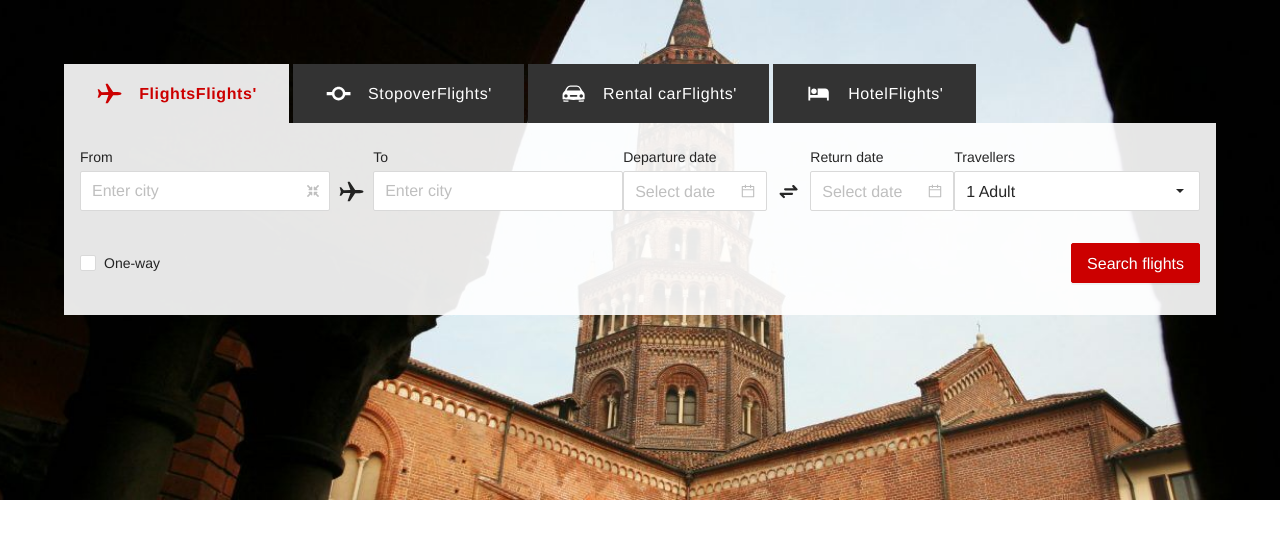
Repository: guidogr95/Everymundo-Excercise
Page: /
These files come from the project's save history. The page is drawn as it stood at one moment and after the next save; the edit follows.
The browser window is 1280 px wide. The pictures show the whole page.
The project was rebuilt for these pictures with package versions that can differ from the ones it lists, and the page was loaded fresh each time. Also part of the build but not shown: src/components/CustomSpin/customspin.scss, src/components/BookingMask/FlightsTab/AirportInputs/AirportInput/airportinput.scss, src/components/BookingMask/FlightsTab/PassengersInput/PassengersInputModal/PassengersControl/passengerscontrol.scss, src/components/BookingMask/FlightsTab/PassengersInput/PassengersInputModal/PassengersControl/index.jsx, src/components/BookingMask/ErrorsNotice/errorsnotice.scss, src/components/BookingMask/ErrorsNotice/index.jsx.

Above is the page before, as saved 2021-07-02 11:20:12.

### src/index.jsx
import React from 'react';
import ReactDOM from 'react-dom';
import App from './App';
import reportWebVitals from './reportWebVitals';
// redux
import { createStore, combineReducers } from 'redux'
import { Provider } from 'react-redux'
import { flightReducer } from 'src/redux/reducers/flightReducer'
import { errorsReducer } from 'src/redux/reducers/errorsReducer'

const reducers = combineReducers({
  flight: flightReducer,
  errors: errorsReducer
})
const store = createStore(reducers)

ReactDOM.render(
  <Provider store={store}>
    <App />
  </Provider>,
  document.getElementById('root')
);

// If you want to start measuring performance in your app, pass a function
// to log results (for example: reportWebVitals(console.log))
// or send to an analytics endpoint. Learn more: https://bit.ly/CRA-vitals
reportWebVitals();

### src/App.jsx
// assets
import { IoIosAirplane, IoMdGitCommit, IoIosCar, IoMdBed } from 'react-icons/io'
// components
import EmptyTab from 'src/components/BookingMask/EmptyTab'
import FlightsTab from 'src/components/BookingMask/FlightsTab'
import BookingMask from 'src/components/BookingMask'

import 'antd/dist/antd.css';
import './app.scss';

const tabs = [
  {
    name: 'Flights',
    icon: <IoIosAirplane />,
    component: <FlightsTab />
  },
  {
    name: 'Stopover',
    icon: <IoMdGitCommit />,
    component: <EmptyTab />
  },
  {
    name: 'Rental car',
    icon: <IoIosCar />,
    component: <EmptyTab />
  },
  {
    name: 'Hotel',
    icon: <IoMdBed />,
    component: <EmptyTab />
  }
]

function App() {
  return (
    <div className="App">
      <div className="flightmanager-container container" >
        <BookingMask tabs={tabs} />
      </div>
    </div>
  );
}

export default App;

### src/redux/reducers/flightReducer.js
// utils
import isEmpty from 'lodash/isEmpty'
// initial state
import { flightInitialState as initialState } from './states'

export const flightReducer = (state = initialState, action) => {
  switch(action.type){
    case '@geo/update-origin':
      return {
          ...state,
          geo: {
          ...state.geo,
          origin: action.payload
        }
      }
    case '@geo/update-destination':
      return {
          ...state,
          geo: {
          ...state.geo,
          destination: action.payload
        }
      }
    case '@date/update-departure':
      return {
          ...state,
          date: {
          ...state.date,
          departure: action.payload
        }
      }
    case '@date/update-to-return':
      return {
          ...state,
          date: {
          ...state.date,
          toReturn: action.payload
        }
      }
    case '@passengers/update-adults--add':
      return {
          ...state,
          passengers: {
          ...state.passengers,
          adults: {
            ...state.passengers.adults,
            value: returnPlusOne(state.passengers.adults.value)
          }
        }
      }
    case '@passengers/update-adults--subtract':
      return {
          ...state,
          passengers: {
          ...state.passengers,
          adults: {
            ...state.passengers.adults,
            value: returnMinusOne(state.passengers.adults.value, state.passengers.adults.min)
          }
        }
      }
    case '@passengers/update-children--add':
      return {
        ...state,
        passengers: {
          ...state.passengers,
          children: {
            ...state.passengers.children,
            value: returnPlusOne(state.passengers.children.value)
          }
        }
      }
    case '@passengers/update-children--subtract':
      return {
          ...state,
          passengers: {
          ...state.passengers,
          children: {
            ...state.passengers.children,
            value: returnMinusOne(state.passengers.children.value, state.passengers.children.min)
          }
        }
      }
    case '@passengers/update-infants--add':
      return {
        ...state,
        passengers: {
          ...state.passengers,
          infants: {
            ...state.passengers.infants,
            value: returnPlusOne(state.passengers.infants.value)
          }
        }
      }
    case '@passengers/update-infants--subtract':
      return {
          ...state,
          passengers: {
          ...state.passengers,
          infants: {
            ...state.passengers.infants,
            value: returnMinusOne(state.passengers.infants.value, state.passengers.infants.min)
          }
        }
      }
    case '@type/update-is-one-way':
      return {
          ...state,
          isOneWay: !state.isOneWay
      }
    default:
      return state;
  }
}

// helpers
const returnPlusOne = (val) => val + 1
const returnMinusOne = (val, min) => {
  const innerMin = min || 0
  if (val - 1 < innerMin) {
    return innerMin
  } else {
    return val - 1
  }
}

// action creators
// @geo
export const geoUpdateOrigin = (payload) => {
  return {
    type: '@geo/update-origin',
    payload
  }
}
export const geoUpdateDestination = (payload) => {
  return {
    type: '@geo/update-destination',
    payload
  }
}
// @date
export const dateUpdateDeparture = (payload) => {
  return {
    type: '@date/update-departure',
    payload
  }
}
export const dateUpdateToReturn = (payload) => {
  return {
    type: '@date/update-to-return',
    payload
  }
}
// @passengers
export const passUpdateAdd = (passengerType) => {
  return {
    type: `@passengers/update-${passengerType}--add`
  }
}
export const passUpdateSubtract = (passengerType) => {
  return {
    type: `@passengers/update-${passengerType}--subtract`
  }
}
// @type
export const typeUpdateIsOneWay = () => {
  return {
    type: '@type/update-is-one-way'
  }
}
// Link creator
export const createLink = (state) => {
  const getUrl = ({ origin, destination, departure, isOneWay, adults, children, infants }) => `https://www.swiss.com/us/en/Book/Outbound/${origin}-${destination}/from-${departure}${!isOneWay ? `/to-${toReturn}` : ''}/adults-${adults}/children-${children}/infants-${infants}/class-economy/al-LX/sidmbvl`

  const errors = []
  const { geo, date, passengers, isOneWay } = state
  let { departure, toReturn } = date
  let { origin, destination } = geo
  let { adults, children, infants } = passengers

  if (isEmpty(origin)) {
    errors.push('Origin')
  }
  if (isEmpty(destination)) {
    errors.push('Destination')
  }
  if (isEmpty(departure)) {
    errors.push('Departure date')
  }
  if (isEmpty(toReturn) && !isOneWay) {
    errors.push('Return date')
  }
  if (!isEmpty(errors)) {
    return errors
  } else {
    origin = origin.split('-')[1].trim()
    destination = destination.split('-')[1].trim()
    adults = adults.value
    children = children.value
    infants = infants.value
    window.open(getUrl({
      origin,
      destination,
      departure,
      toReturn,
      isOneWay,
      adults,
      children,
      infants
    }),'_blank')
  }
}

### src/redux/reducers/errorsReducer.js
import { errorsInitialState as initialState } from './states'

export const errorsReducer = (state = initialState, action) => {
  switch(action.type){
    case '@errors/update-add':
      return {
          ...state,
          errors: action.payload
      }
    case '@errors/update-remove':
      return initialState
    default:
      return state
    }
}

// action creators
// @errors
export const sendErrors = (payload) => {
  return {
    type: '@errors/update-add',
    payload
  }
}
export const removeErrors = () => {
  return {
    type: '@errors/update-remove'
  }
}

### src/components/BookingMask/EmptyTab/index.jsx
const EmptyTab = () => {
  return (
    <div>
      some more stuff
    </div>
  )
}

export default EmptyTab

### src/components/BookingMask/FlightsTab/index.jsx

// components
import AirportInputs from './AirportInputs'
import DateInputs from './DateInputs'
import PassengersInput from './PassengersInput'
import FlightType from './FlightType'
import SubmitFlight from './SubmitFlight'
import ErrorsNotice from 'src/components/BookingMask/ErrorsNotice'
// redux
import { useStore, useDispatch, useSelector } from 'react-redux'
import { createLink } from 'src/redux/reducers/flightReducer'
import { sendErrors, removeErrors } from 'src/redux/reducers/errorsReducer'

import './flightstab.scss'

export default function FlightsTab () {
  const store = useStore()
  const dispatch = useDispatch()
  const errors = useSelector(state => state.errors.errors)
  const handleSubmit = (e) => {
    e && e.preventDefault()
    const { flight } = store.getState()
    const res = createLink(flight)
    if (res?.length > 0) {
      dispatch(sendErrors(res))
    } else {
      dispatch(removeErrors())
    }
  }
  return (
    <form className="bookingmask__flight" onSubmit={handleSubmit} >
      {errors.length > 0 && <ErrorsNotice errors={errors} />}
      <div className="bookingmask__flight--controls" >
        <AirportInputs/>
        <DateInputs/>
        <PassengersInput
          label="Travellers"
          id={"passInput"}
        />
      </div>
      <div className="bookingmask__flight--footer" >
        <FlightType />
        <SubmitFlight />
      </div>
    </form>
  )
}

### src/components/BookingMask/index.jsx
import { useState } from 'react'
// components
import TabButton from './TabButton'

import './bookingmask.scss'

const BookingMask = ({ tabs }) => {

  const [activeTab, setActiveTab] = useState(tabs[0].name)
  const handleTab = name => setActiveTab(name)

  return (
    <section className="bookingmask" >
      <ul className="bookingmask__nav" >
        {tabs.map(tab =>
          <TabButton
            name={tab.name}
            onClick={handleTab}
            key={tab.name}
            activeTab={activeTab}
            icon={tab.icon}
          />
        )}
      </ul>
      <div className="bookingmask__tabs-wrapper" >
          {tabs.map(tab =>
            <div
              key={tab.name}
              className={`bookingmask__tab${activeTab === tab.name ? ' active' : ''}`}
            >
              {tab.component}
            </div>
          )}
      </div>
    </section>
  )
}

export default BookingMask

### src/app.scss
@import 'styles/global';

.App {
  .container {
    width: $desktop-maxwidth;
    max-width: 100%;
  }
  .flightmanager-container {
    background: url('./assets/images/bg.jpg');
    background-size: cover;
    background-position: center;
    min-height: 500px;
    margin: auto;
    padding: 4rem;
  }
}

### src/redux/reducers/states.js
export const flightInitialState = {
  isOneWay: false,
  geo: {
    origin: '',
    desination: ''
  },
  date: {
    departure: '',
    toReturn: '',
  },
  passengers: {
    adults: {
      value: 1,
      singular: 'Adult',
      plural: 'Adults',
      min: 1
    },
    children: {
      value: 0,
      singular: 'Child',
      plural: 'Children',
      legend: '(2 to 11 years)'
    },
    infants: {
      value: 0,
      singular: 'Infant',
      plural: 'Infants',
      legend: '(Up to 2 years)'
    }
  }
}

export const errorsInitialState = {
  errors: []
}

### src/components/BookingMask/FlightsTab/AirportInputs/index.jsx
// assets
import { IoIosAirplane } from 'react-icons/io'
import { FaCompressArrowsAlt } from 'react-icons/fa'
// components
import AirportInput from './AirportInput'
// redux
import { useDispatch, useSelector } from 'react-redux'
import { geoUpdateOrigin, geoUpdateDestination } from 'src/redux/reducers/flightReducer'

export default function AirportInputs () {
  const state = useSelector(state => state.flight.geo)
  const dispatch = useDispatch()
  const { origin, destination } = state

  return (
    <div className="bookingmask__flight--geo inputs-wrapper" >
      <AirportInput
        label="From"
        value={origin}
        setValue={(v) => dispatch(geoUpdateOrigin(v))}
        placeholder="Enter city"
        id="fromInput"
        showArrow={true}
        suffixIcon={<FaCompressArrowsAlt/>}
        />
      <span className="separator" >
        <IoIosAirplane/>
      </span>
      <AirportInput
        label="To"
        value={destination}
        setValue={(v) => dispatch(geoUpdateDestination(v))}
        placeholder="Enter city"
        id="toInput"
        showArrow={false}
      />
    </div>
  )
}

### src/components/BookingMask/FlightsTab/DateInputs/index.jsx
// assets
import { CgArrowsExchange } from 'react-icons/cg'
// components
import DateInput from './DateInput'
// redux
import { useDispatch, useSelector } from 'react-redux'
import { dateUpdateDeparture, dateUpdateToReturn } from 'src/redux/reducers/flightReducer'

export default function DateInputs () {
  const dispatch = useDispatch()
  const state = useSelector(state => state.flight.isOneWay)
  return (
    <div className="bookingmask__flight--date inputs-wrapper" >
      <DateInput
        label="Departure date"
        id="depInput"
        setValue={(v) => dispatch(dateUpdateDeparture(v))}
      />
      <span className={`separator${state ? ' hidden' : ''}`} >
        <CgArrowsExchange/>
      </span>
      <DateInput
        label="Return date"
        className={`${state ? 'hidden' : ''}`}
        id="returnInput"
        setValue={(v) => dispatch(dateUpdateToReturn(v))}
      />
    </div>
  )
}

### src/components/BookingMask/FlightsTab/PassengersInput/index.jsx
import { useState } from 'react'
// utils
import { Input } from 'antd'
// assets
import { IoMdArrowDropdown } from 'react-icons/io'
// components
import PassengersInputModal from './PassengersInputModal'
// redux
import { useSelector } from 'react-redux'

import './passengersinput.scss'

export default function PassengersInput ({ label, id }) {
  const state = useSelector(state => state.flight.passengers)
  const [showModal, setShowModal] = useState(false)
  const inputText = Object.values(state).map(entry => entry.value <= 0 ? '' : `${entry.value} ${entry.value > 1 ? entry.plural : entry.singular}` ).filter(entry => entry !== '').join(', ')

  return (
    <div className="bookingmask__flight--pass inputs-wrapper input-wrapper" >
      { label && <label htmlFor={id} >{label}</label>}
      <Input
        suffix={
          <IoMdArrowDropdown
            onClick={() => setShowModal(!showModal)}
            style={{ cursor: 'pointer' }}
          />
        }
        id={id}
        size="large"
        onClick={() => setShowModal(!showModal)}
        value={inputText}
      />
      <PassengersInputModal
        title="Travel details"
        isVisible={showModal}
        setIsVisible={setShowModal}
      />
    </div>
  )
}

### src/components/BookingMask/FlightsTab/FlightType/index.jsx
// utils
import { Checkbox } from 'antd';
// redux
import { useSelector, useDispatch } from 'react-redux'
import { typeUpdateIsOneWay } from 'src/redux/reducers/flightReducer'

export default function FlightType () {
  const state = useSelector(state => state.flight.isOneWay)
  const dispatch = useDispatch()

  return (
    <span>
      <Checkbox
        checked={state}
        onChange={e => dispatch(typeUpdateIsOneWay(e.target.checked))}
        size="large"
      >
        One-way
      </Checkbox>
    </span>
  )
}

### src/components/BookingMask/FlightsTab/SubmitFlight/index.jsx

// utils
import { Button } from 'antd';

export default function SubmitFlight () {
  return (
    <Button
      size="large"
      type="primary"
      htmlType="submit"
    >
      Search flights
    </Button>
  )
}

### src/components/BookingMask/FlightsTab/flightstab.scss
@import '/src/styles/variables';
.bookingmask__flight {
  display: flex;
  flex-direction: column;
  &--controls {
    display: grid;
    grid-template-columns: repeat(3, auto);
  }
  &--footer {
    margin-top: 2rem;
    display: flex;
    justify-content: space-between;
    align-items: center;
  }
  .separator {
    display: flex;
    align-items: center;
    font-size: $font-size-large;
    padding: 0 .5rem;
    height: 100%;
  }
  .inputs-wrapper {
    display: flex;
    align-items: flex-end;
  }
  .input-wrapper {
    position: relative;
    label {
      position: absolute;
      left: 0;
      bottom: calc(100% + .2rem);
    }
  }
}

### src/components/BookingMask/TabButton/index.jsx
import React from 'react'

export default function TabButton ({ name, onClick, activeTab, icon }) {
  return (
    <button
      className={activeTab === name ? 'active' : ''}
      onClick={() => onClick(name)}
      key={name}
    >
      {icon}<span>{name}</span>Flights'
    </button>
  )
}

### src/components/BookingMask/bookingmask.scss
@import '/src/styles/variables';
.bookingmask {
  &__nav {
    list-style: none;
    button {
      &:not(:first-of-type) {
        margin: $margin-tab-link;
      }
      color: $color-white;
      background: $color-gray;
      padding: $padding-tab-link;
      display: inline-flex;
      align-items: center;
      font-size: $font-size-normal;
      font-weight: $font-weight-small;
      letter-spacing: $letter-spacing-small;
      &.active {
        color: $color-red;
        font-weight: $font-weight-medium;
        background-color: $color-active-tab-bg;
      }
      svg {
        margin-right: 1rem;
        font-size: $font-size-large;
      }
    }
  }
  &__tabs-wrapper {
    position: relative;
  }
  &__tab {
    position: absolute;
    top: 0;
    left: 0;
    right: 0;
    padding: $padding-tab-content;
    background-color: $color-active-tab-bg;
    display: none;
    &.active {
      display: block;
    }
  }
}

### src/styles/_global.scss
@import 'variables';
@import 'mixins';

html,
body {
  position: relative;
  padding: 0;
  margin: 0;
  font-family: $font-family;
  -webkit-text-size-adjust: 100%;
  -webkit-font-smoothing: auto;
  -moz-font-smoothing: auto;
  -moz-osx-font-smoothing: auto;
  --antd-wave-shadow-color: #c00;
}
* {
  box-sizing: border-box;
}
ul {
  margin: 0;
  padding: 0;
}
button {
  border: none;
  cursor: pointer;
}
.ant-select {
  min-width: 250px;
}
.ant-select:not(.ant-select-disabled):hover .ant-select-selector,
.ant-select-focused:not(.ant-select-disabled).ant-select:not(.ant-select-customize-input) .ant-select-selector,
.ant-picker-focused,
.ant-picker-cell-in-view.ant-picker-cell-today .ant-picker-cell-inner::before,
.ant-picker:hover, .ant-picker-focused,
.ant-input-affix-wrapper:not(.ant-input-affix-wrapper-disabled):hover {
  border-color: $color-red !important;
}
.ant-picker-today-btn {
  color: $color-red !important;
}
body::-moz-selection,
body::selection {
  color: $color-red !important;
  background: $color-red !important;
}
.ant-btn-primary,
.ant-checkbox-checked .ant-checkbox-inner {
  background: $color-red !important;
  border-color: $color-red !important;
}
.hidden {
  visibility: hidden;
  opacity: 0;
}

### src/styles/_variables.scss
// measurements
$desktop-maxwidth: 90rem;
// colors
$color-red: #c00;
$color-gray: #333333;
$color-white: #fff;
$color-pink: #f8d6d6;
$color-light-gray: #ccc;
// fonts
// font-family
$font-family: SwissText,Helvetica,Arial,sans-serif,LufthansaMamSymbolText;
// font-weight
$font-weight-medium: 700;
$font-weight-small: 300;
// font-size
$font-size-small: 0.75rem;
$font-size-normal: 1rem;
$font-size-large: 1.7rem;
// line height
$line-height-medium: 2.2rem;
// letter spacing
$letter-spacing-small: .6px;

// tab variables
// colors
$color-active-tab-bg: hsla(0,0%,100%,.9);
// padding
$padding-tab-link: 1rem 2rem;
$padding-tab-content: 3rem 1rem 2rem 1rem;
// margin
$margin-tab-link: 0 0 0 .25rem;

### src/styles/_mixins.scss
// MIXINS
@mixin breakpoint($point) {
  @media (max-width: $point) {
    @content;
  }
}

### src/components/BookingMask/FlightsTab/AirportInputs/AirportInput/index.jsx
import { useCallback, useState, useMemo } from 'react'
// utils
import throttle from 'lodash/throttle'
import { Select } from 'antd'
// api
import { fetchAirports } from 'src/api/fetchers'
// components
import CustomSpin from 'src/components/CustomSpin'

import './airportinput.scss'

const { Option } = Select

const AirportInput = ({ placeholder, showArrow, suffixIcon, label, id , value, setValue }) => {

  const [isLoading, setIsLoading] = useState(false)
  const [data, setData] = useState([])

  const throttledFetch = useMemo(
    () =>
      throttle(val => {
        fetchAirports(val)
        .then((res) => setData(res.data || []))
        .catch(() => setData([]))
        .finally(() => {
          setIsLoading(false)
        })
      }, 2000),
    []
  )
  const handleSelect = useCallback(
    val => {
      setIsLoading(true)
      const innerVal = val || ''
      setValue(innerVal)
      // fetching api accepts a min of 3 letters for search
      if (innerVal.length <= 2) {
        setData([])
        setIsLoading(false)
      } else {
        throttledFetch(val)
      }
    },
    [throttledFetch, setValue]
  )

  return (
    <div className="airportinput__wrapper input-wrapper" >
      {label && <label htmlFor={id} >{label}</label>}
      <Select
        showSearch
        allowClear
        id={id}
        placeholder={placeholder || 'Enter city'}
        value={value || undefined}
        onSearch={handleSelect}
        onChange={(val) => setValue(val)}
        onClear={handleSelect}
        size='large'
        showArrow={showArrow}
        suffixIcon={suffixIcon}
        optionLabelProp='value'
        defaultActiveFirstOption={false}
        dropdownClassName="airportinput__dropdown"
        filterOption={false}
        notFoundContent={isLoading ? <CustomSpin size="medium"/> : null}
      >
        {data.length > 0
          ? data.map(airport =>
            <Option key={airport.iata} value={`${airport.city} - ${airport.iata}`} >
              <span>{airport.name}</span>
              <span>{airport.iata}</span>
              <span>{airport.country.name}</span>
            </Option>)
          : null
        }
      </Select>
    </div>
  )
}

export default AirportInput

### src/components/BookingMask/FlightsTab/DateInputs/DateInput/index.jsx
import { DatePicker } from 'antd'
import { useState } from 'react'

const DateInput = ({ id, label, setValue, className }) => {
  const [dateObj, setDateObj] = useState('')
  const onChange = (date, dateString) => {
    setDateObj(date)
    setValue(dateString)
  }
  return (
    <div className="dateinput__wrapper input-wrapper" >
      {label && <label className={className || ""} htmlFor={id} >{label}</label>}
      <DatePicker
        size="large"
        id={id}
        className={className || ""}
        value={dateObj}
        onChange={onChange}
      />
    </div>
  )
}

export default DateInput

### src/components/BookingMask/FlightsTab/PassengersInput/PassengersInputModal/index.jsx
import React from 'react'
// utils
import { Modal, Button } from 'antd'
// assets
import { IoMdClose } from 'react-icons/io'
// components
import  PassengersControl from './PassengersControl'
// redux
import { useStore } from 'react-redux'

const PassengersInputModal = React.memo(({ title, isVisible, setIsVisible }) => {
  const store = useStore()
  const { flight } = store.getState()
  const { passengers } = flight
  return (
    <Modal
      title={title || ''}
      centered
      visible={isVisible}
      closeIcon={<IoMdClose onClick={() => setIsVisible(false)} />}
      onOk={() => setIsVisible(false)}
      footer={[
        <Button
          size="large"
          type="primary"
          key="ok"
          onClick={() => setIsVisible(false)}
        >
          Continue
        </Button>
      ]}
    >
      {Object.entries(passengers).map(entry =>
        <PassengersControl
          key={entry[0]}
          passengerType={entry[0]}
          data={entry[1]}
        />
      )}
    </Modal>
  )
})

export default PassengersInputModal

### src/components/BookingMask/FlightsTab/PassengersInput/passengersinput.scss
.bookingmask__flight--pass {
  input {
    cursor: pointer;
    caret-color: transparent;
  }
}

### src/api/fetchers.js
// utils
import axios from 'axios'

const apiUrl = 'https://airportnames.vercel.app/api'

const fetchAirports = (term) => axios.post(`${apiUrl}/getAirports`, { term })

export {
  fetchAirports
}

### src/components/CustomSpin/index.jsx
import { Spin } from 'antd'
import { LoadingOutlined } from '@ant-design/icons'

import './customspin.scss'

const antIcon = <LoadingOutlined className="customspin" spin />

const CustomSpin = (props) => <Spin indicator={antIcon} {...props} />

export default CustomSpin

Loaded but not shown: public/index.html (common file); src/reportWebVitals.js (common file)

After the next save:
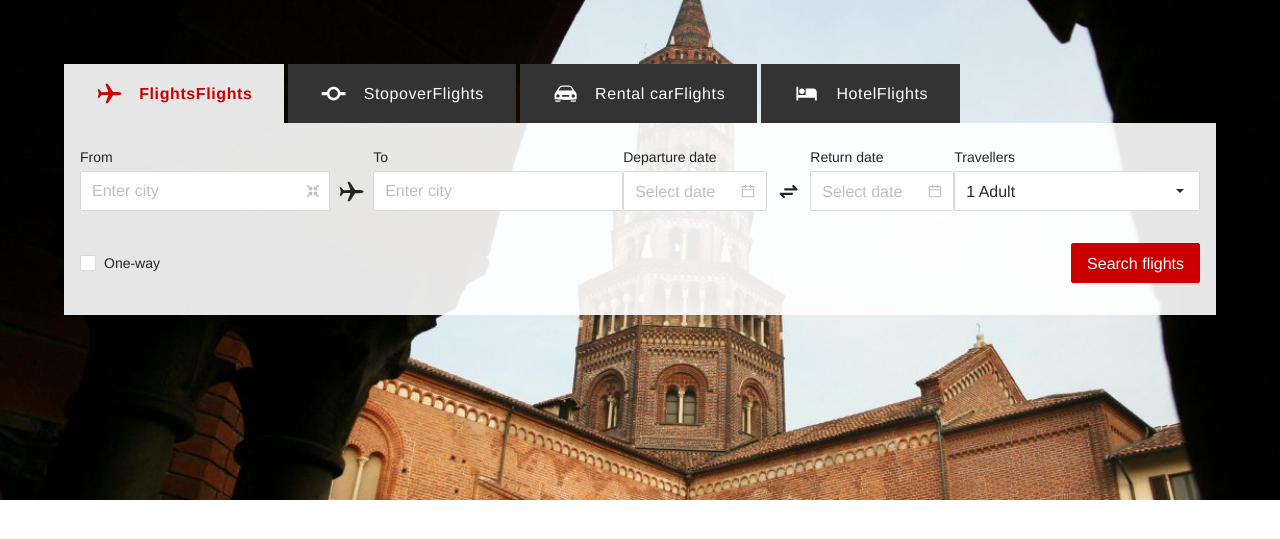
Saved 17 s later.
--- a/src/components/BookingMask/TabButton/index.jsx
+++ b/src/components/BookingMask/TabButton/index.jsx
@@ -7,7 +7,7 @@ export default function TabButton ({ name, onClick, activeTab, icon }) {
       onClick={() => onClick(name)}
       key={name}
     >
-      {icon}<span>{name}</span>Flights'
+      {icon}<span>{name}</span>Flights
     </button>
   )
 }
